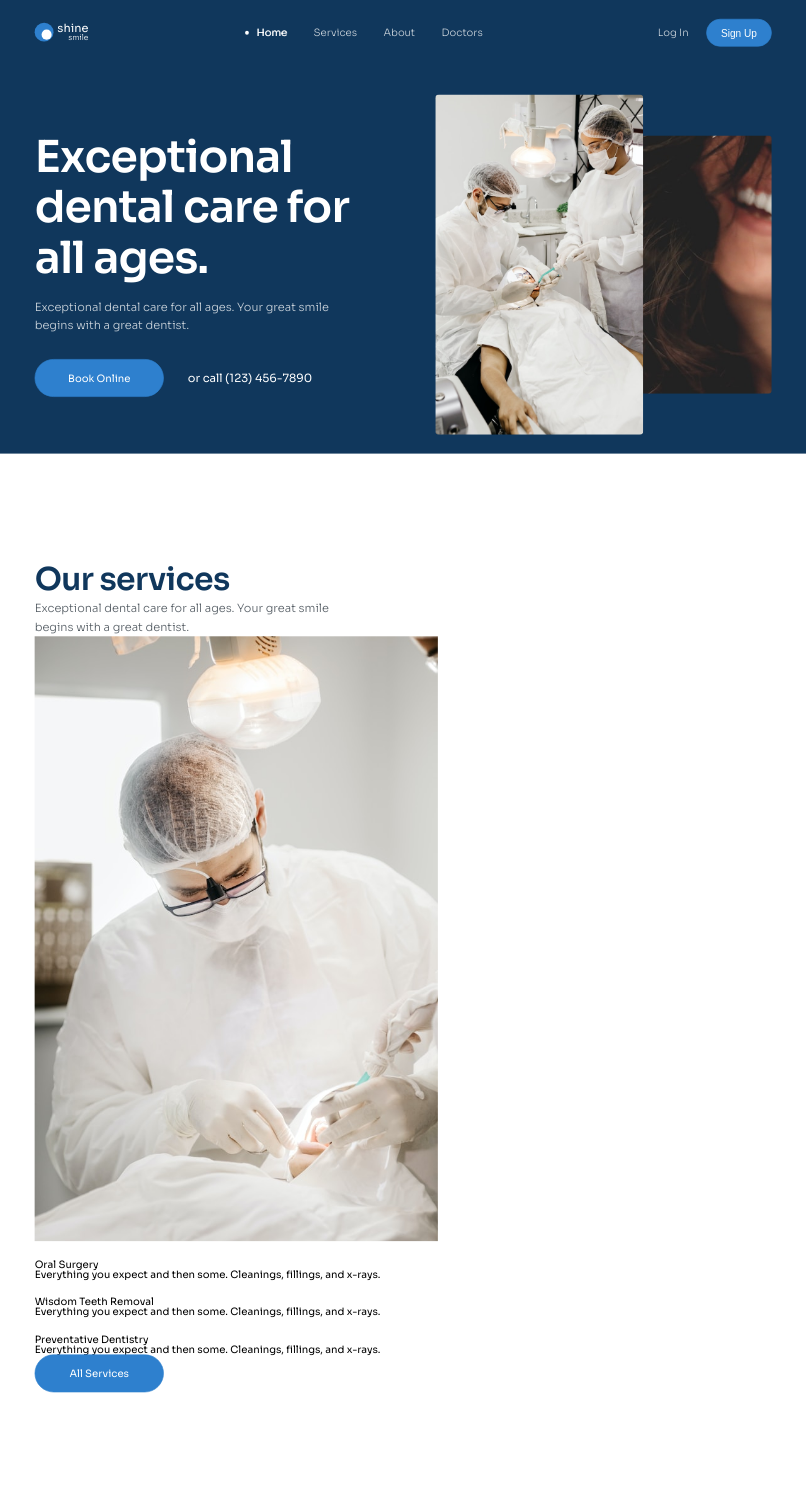
Repository: anhtien111198/f8-htmlcss-03
Page: index.html
The author's editor kept a copy of each file at every save. The page is drawn from the files as they stood at one save, then again after the next save.
The browser window is 1280 px wide. The pictures show the whole page, at 63% of full size.

Above is the page before, as saved 2023-05-12 16:41:19.

After the next save:
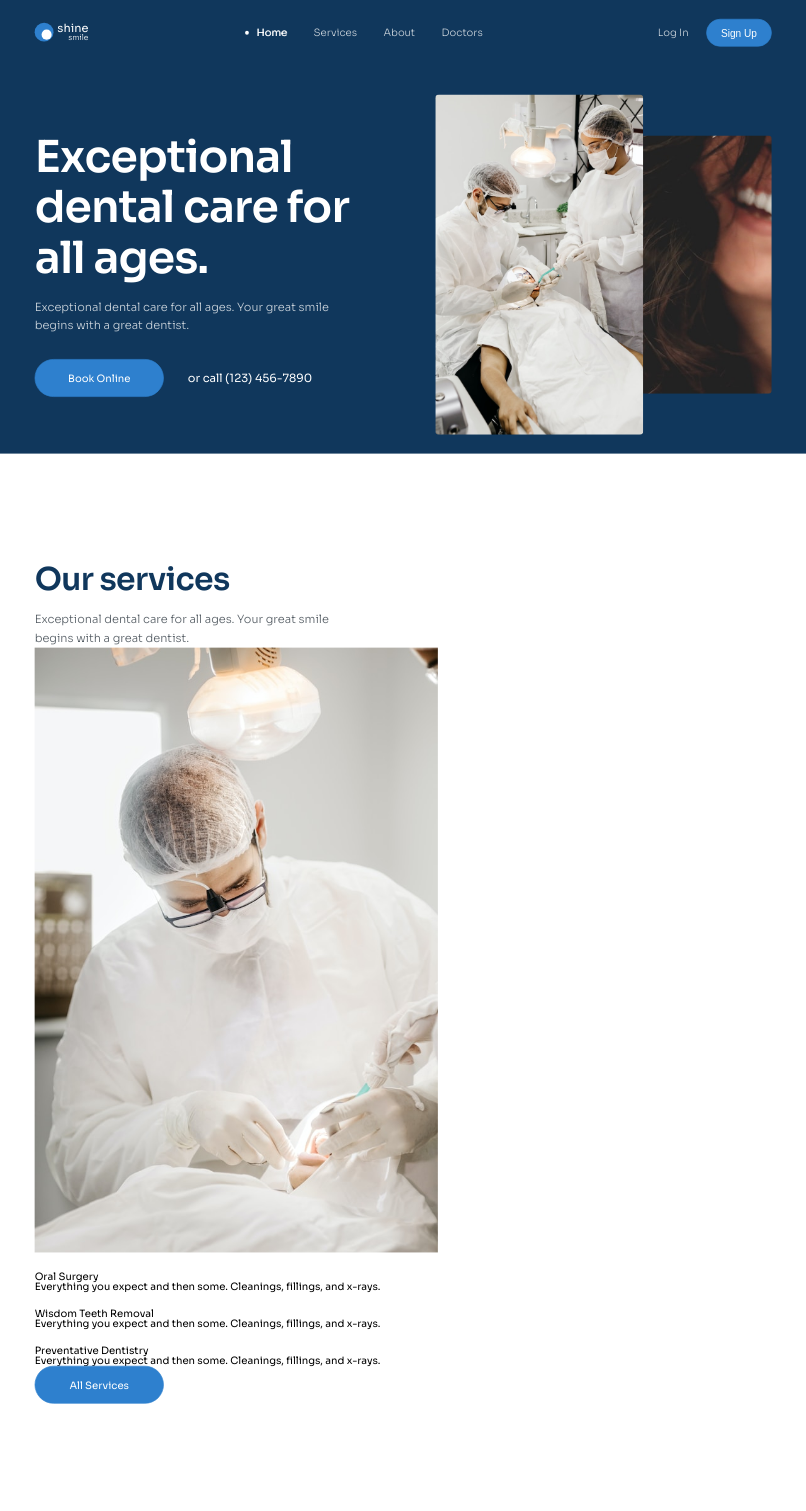
Saved 32 s later.
--- a/assets/css/style.css
+++ b/assets/css/style.css
@@ -48,6 +48,7 @@
 }
 .section-desc {
     width: 468px;
+    margin-top: 18px;
     font-weight: 300;
     font-size: 1.8rem;
     line-height: 1.67;
